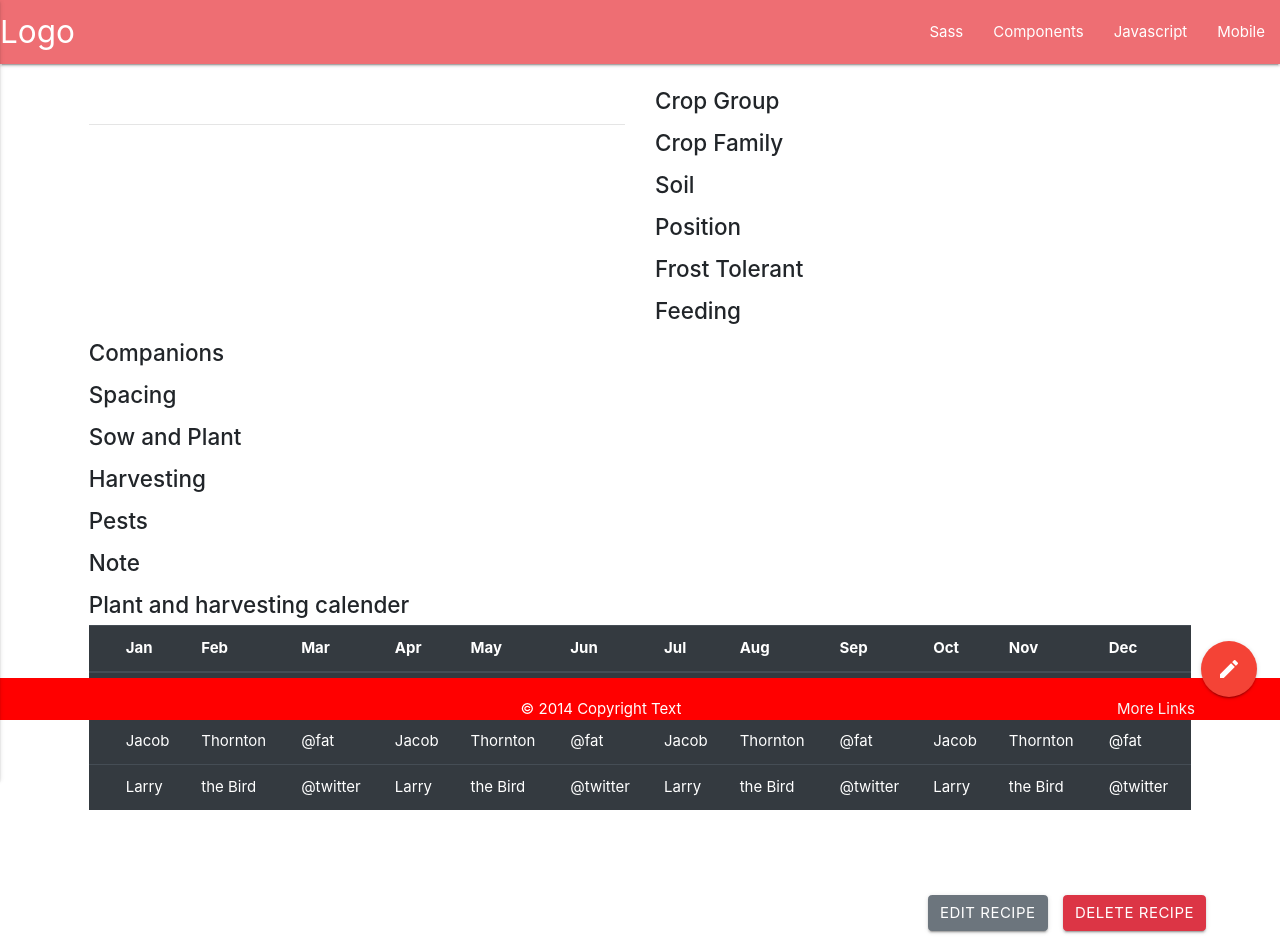
Repository: Lemoenskil/Milestone_project_3_Garden_planner
Page: templates/view_plant.html
The author's editor kept a record of every edit. The page is drawn from the files as they stood at one moment, then again after the next edit.
The browser window is 1280 px wide. The pictures show the whole page.
Some web libraries are served in a nearby version. The page is served by the project's application, run on Flask 3 (app.py). The template is opened directly, without the code that normally fills it, so the values that code supplies are empty.

Above is the page before.

### templates/view_plant.html
{% extends "base.html" %}

{% block content %}
    <h1>{{plant.plant_name }}</h1>

    <div class="row pt-3">
        <div class="col-lg-6">
            <img class="card-img-top border-right" src="{{plant.picture_link}}" alt="">
            <hr>

        </div>

        <div class="col-lg-6">
            <h4>Crop Group</h4>
            <p></p>{{plant.crop_group}}</p>
            <h4>Crop Family</h4>
            <p>{{plant.crop_family}}</p>
            <h4>Soil</h4>
            <p>{{plant.soil}}</p>
            <h4>Position</h4>
            <p>{{plant.position}}</p>
            <h4>Frost Tolerant</h4>
            <p>{{plant.frost_tolerant}}</p>
            <h4>Feeding</h4>
            <p>{{plant.feeding}}</p>
        </div>


        <div class="col-lg-12 card-sm">
            <h4>Companions</h4>
            <p>{{plant.companions}}</p>
            <h4>Spacing</h4>
            <p>{{plant.spacing}}</p>
            <h4>Sow and Plant</h4>
            <p>{{plant.Sow_and_Plant}}</p>
            <h4>Harvesting</h4>
            <p>{{plant.Harvesting}}</p>
            <h4>Pests</h4>
            <p>{{plant.Pests}}</p>
            <h4>Note</h4>
            <p>{{plant.Note}}</p>

            <table class="table table-dark ">
                <h4> Plant and harvesting calender</h4>
                <thead>
                    <tr>
                        <th scope="col"></th>
                        <th scope="col">Jan</th>
                        <th scope="col">Feb</th>
                        <th scope="col">Mar</th>
                        <th scope="col">Apr</th>
                        <th scope="col">May</th>
                        <th scope="col">Jun</th>
                        <th scope="col">Jul</th>
                        <th scope="col">Aug</th>
                        <th scope="col">Sep</th>
                        <th scope="col">Oct</th>
                        <th scope="col">Nov</th>
                        <th scope="col">Dec</th>
                    </tr>
                </thead>
                <tbody>
                    <tr>
                        <th scope="row">{{plant.description_cal_outside}}</th>
                        <td>Mark</td>
                        <td>Otto</td>
                        <td>@mdo</td>
                        <td>Mark</td>
                        <td>Otto</td>
                        <td>@mdo</td>
                        <td>Mark</td>
                        <td>Otto</td>
                        <td>@mdo</td>
                        <td>Mark</td>
                        <td>Otto</td>
                        <td>@mdo</td>
                    </tr>
                    <tr>
                        <th scope="row">{{plant.description_cal_harvest}}</th>
                        <td>Jacob</td>
                        <td>Thornton</td>
                        <td>@fat</td>
                        <td>Jacob</td>
                        <td>Thornton</td>
                        <td>@fat</td>
                        <td>Jacob</td>
                        <td>Thornton</td>
                        <td>@fat</td>
                        <td>Jacob</td>
                        <td>Thornton</td>
                        <td>@fat</td>
                    </tr>
                    <tr>
                        <th scope="row">{{plant.description_cal_sowing_under_glass}}</th>
                        <td>Larry</td>
                        <td>the Bird</td>
                        <td>@twitter</td>
                        <td>Larry</td>
                        <td>the Bird</td>
                        <td>@twitter</td>
                        <td>Larry</td>
                        <td>the Bird</td>
                        <td>@twitter</td>
                        <td>Larry</td>
                        <td>the Bird</td>
                        <td>@twitter</td>
                    </tr>
                </tbody>
            </table>
        </div>
        </div>
            <div class="row float-right">
            <a href="" class="btn btn-secondary mr-3">Edit Recipe</a>
            <a href="" class="btn btn-danger">Delete Recipe</a>
        </div>
        <div class="fixed-action-btn">
              <a class="btn-floating btn-large red">
                <i class="large material-icons">mode_edit</i>
              </a>
            <ul>
                <li><a class="btn-floating red"><i class="material-icons">insert_chart</i></a></li>
                <li><a class="btn-floating yellow darken-1"><i class="material-icons">format_quote</i></a></li>
                <li><a class="btn-floating green"><i class="material-icons">publish</i></a></li>
                <li><a class="btn-floating blue"><i class="material-icons">attach_file</i></a></li>
            </ul>
        </div>


{% endblock %}

### templates/base.html
<!DOCTYPE html>
<html lang="en">
<head>
    <meta charset="UTF-8">
    <meta name="viewport" content="width=device-width, initial-scale=1.0">
    <meta http-equiv="X-UA-Compatible" content="ie=edge">
    <link href="https://fonts.googleapis.com/icon?family=Material+Icons" rel="stylesheet">
    <link rel="stylesheet" href="https://cdnjs.cloudflare.com/ajax/libs/materialize/0.100.2/css/materialize.min.css">
    <link href="https://stackpath.bootstrapcdn.com/bootstrap/4.4.1/css/bootstrap.min.css" rel="stylesheet" integrity="sha384-Vkoo8x4CGsO3+Hhxv8T/Q5PaXtkKtu6ug5TOeNV6gBiFeWPGFN9MuhOf23Q9Ifjh" crossorigin="anonymous">
    <link rel="stylesheet" href="{{url_for('static', filename='css/style.css')}}" type="text/css" />
    <title>Garden Planner</title>
</head>
<body>
    <header>
       <nav>
            <div class="nav-wrapper">
                <a href="#!" class="brand-logo">Logo</a>
                <a href="#" data-activates="mobile-demo" class="button-collapse"><i class="material-icons">menu</i></a>
                <ul class="right hide-on-med-and-down">
                    <li><a href="sass.html">Sass</a></li>
                    <li><a href="badges.html">Components</a></li>
                    <li><a href="collapsible.html">Javascript</a></li>
                    <li><a href="mobile.html">Mobile</a></li>
                </ul>
                <ul class="side-nav" id="mobile-demo">
                    <li><a href="sass.html">Sass</a></li>
                    <li><a href="badges.html">Components</a></li>
                    <li><a href="collapsible.html">Javascript</a></li>
                    <li><a href="mobile.html">Mobile</a></li>
                </ul>
            </div>
        </nav>
    </header>

    <main class="container">
        {% block content %}{% endblock %}
    </main>

    <footer class="page-footer">
        <div class="container" class="footer-copyright">
            © 2014 Copyright Text
            <a class="grey-text text-lighten-4 right" href="#!">More Links</a>
        </div>
    </footer>
    <script src="https://code.jquery.com/jquery-3.4.1.slim.min.js" integrity="sha384-J6qa4849blE2+poT4WnyKhv5vZF5SrPo0iEjwBvKU7imGFAV0wwj1yYfoRSJoZ+n" crossorigin="anonymous"></script>
    <script src="https://cdnjs.cloudflare.com/ajax/libs/jquery/3.2.1/jquery.min.js"></script>
    <script src="https://stackpath.bootstrapcdn.com/bootstrap/4.4.1/js/bootstrap.min.js"></script>
    <script src="https://cdnjs.cloudflare.com/ajax/libs/materialize/0.100.2/js/materialize.min.js"></script>
    <script type="text/javascript">
        $(document).ready(function() {
            $(".button-collapse").sideNav();
        });
            $('.carousel').carousel({
        interval: 2000
        });


    </script>
</body>
</html>

### app.py
import os
from flask import Flask, render_template, redirect, request, url_for
from flask_pymongo import PyMongo, DESCENDING
from bson.objectid import ObjectId


app = Flask ("----name----")
app.config["MONGO_DBNAME"] = 'garden_planner'
app.config["MONGO_URI"] = 'mongodb+srv://CP3O:iYmkh8QOgi2fhu2y@lemoenskil-4vjdx.mongodb.net/garden_planner?retryWrites=true&w=majority'

mongo = PyMongo(app)

@app.route('/')
@app.route('/plant_records')
def get_plant_record():
    plant_cards = mongo.db.plant_data.find().sort([('views', DESCENDING)]).limit(6)
    return render_template("plant_records.html", title="Home", plants=plant_cards)


@app.route('/view_plant/<plant_id>')
def view_plant(plant_id):
    """Shows full plant details"""
    mongo.db.plant_data.find_one(
        {'_id': ObjectId(plant_id)},
    )
    plant_db = mongo.db.plant_data.find_one_or_404({'_id': ObjectId(plant_id)})
    return render_template("view_plant.html", plant=plant_db)

if __name__ == '__main__':
    app.run(host=os.environ.get('IP'),
            port=int(os.environ.get('PORT')),
            debug=True)

### static/css/style.css
.mt-5, .my-5 {
    margin: 2rem!important;
}

.card{
  width: 100%;
}

body {
  display: flex;
  min-height: 100vh;
  flex-direction: column;
}

main {
  flex: 1 0 auto;
}


.page-footer{
    position: fixed;
   left: 0;
   bottom: 0;
   width: 100%;
   background-color: red;
   color: white;
   text-align: center;
}

.card-sm{
  margin-bottom: 50px;
}

.form-control-borderless {
    border: none;
}

.form-control-borderless:hover, .form-control-borderless:active, .form-control-borderless:focus {
    border: none;
    outline: none;
    box-shadow: none;
}

.search_box{
    width: 100%;
    margin: 6%;
}
.align-items-center{
    margin: 0px!important;
}

After the next edit:
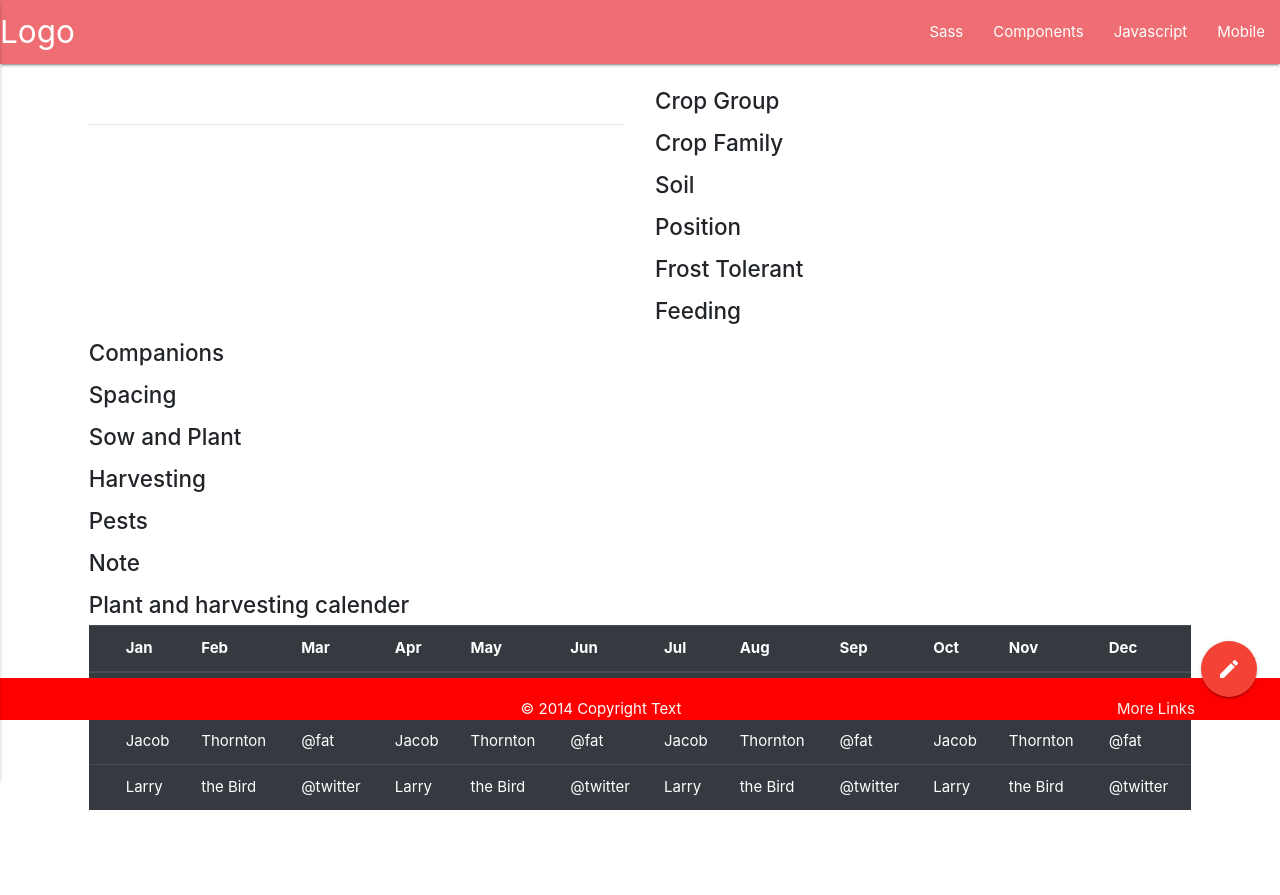
The edit:
--- a/templates/view_plant.html
+++ b/templates/view_plant.html
@@ -108,11 +108,7 @@
                 </tbody>
             </table>
         </div>
-        </div>
-            <div class="row float-right">
-            <a href="" class="btn btn-secondary mr-3">Edit Recipe</a>
-            <a href="" class="btn btn-danger">Delete Recipe</a>
-        </div>
+
         <div class="fixed-action-btn">
               <a class="btn-floating btn-large red">
                 <i class="large material-icons">mode_edit</i>
